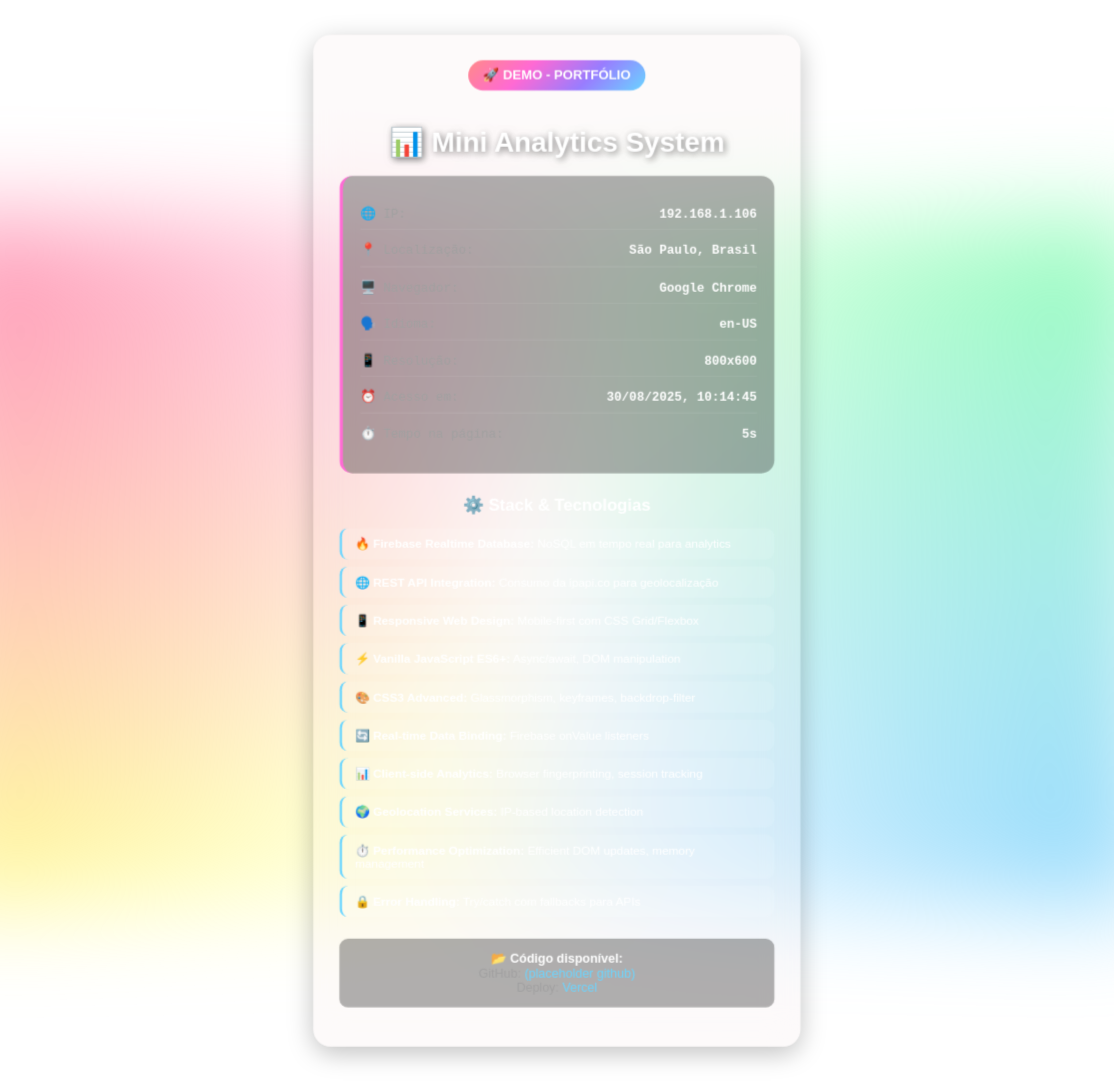
Repository: nardogod/mini-analytics
Page: mini.html
These files come from the project's save history. The page is drawn as it stood at one moment and after the next save; the edit follows.
The browser window is 1280 px wide. The pictures show the whole page, at 87% of full size.

Above is the page before, as saved 2025-08-30 10:43:45.

After the next save:
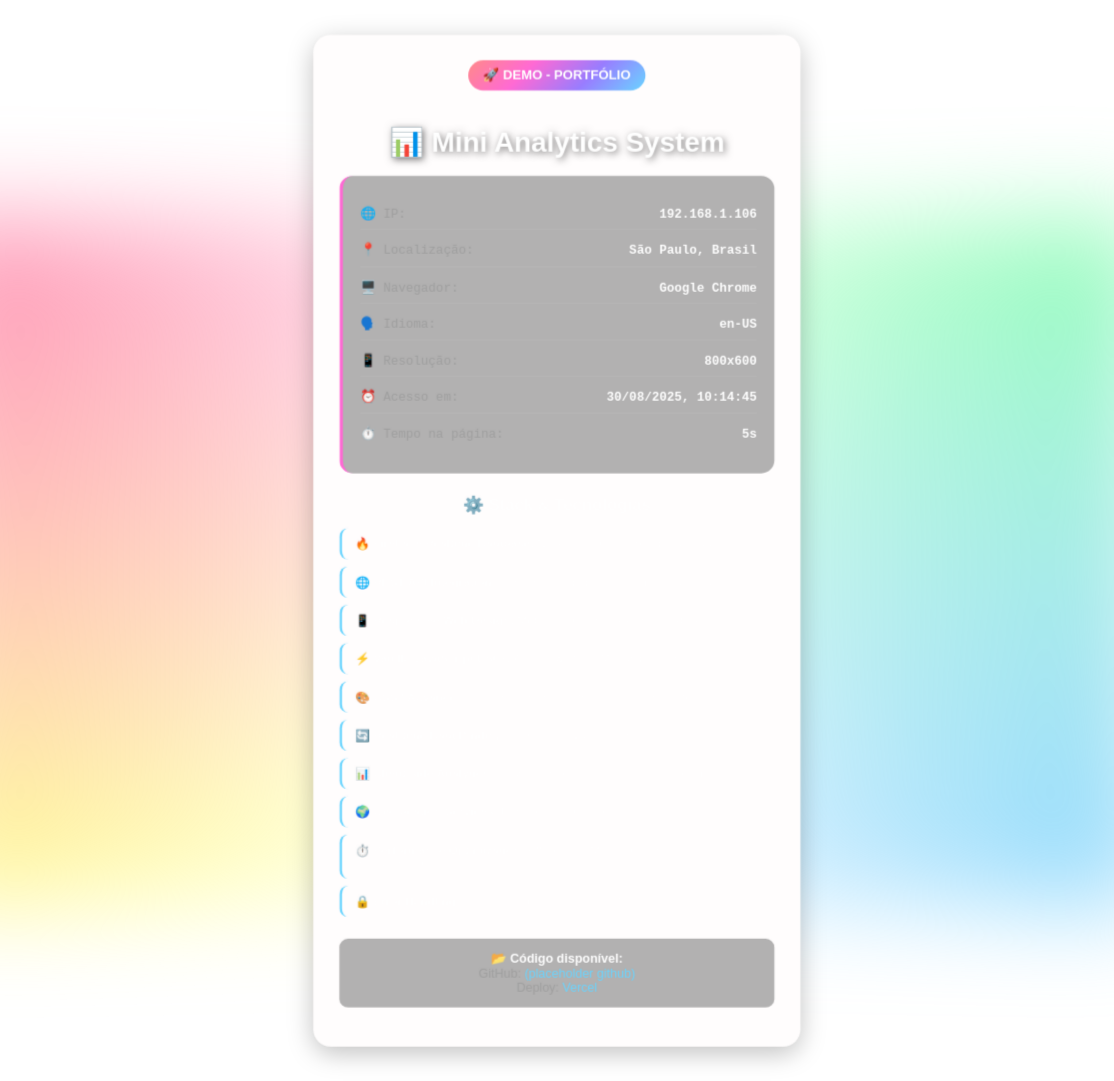
Saved 8 s later.
--- a/mini.html
+++ b/mini.html
@@ -61,7 +61,7 @@
       }
 
       .container {
-        background: rgba(240, 222, 222, 0.15);
+        background: rgb(255, 253, 253);
         border-radius: 20px;
         padding: 30px;
         width: 90%;

After the save that followed:
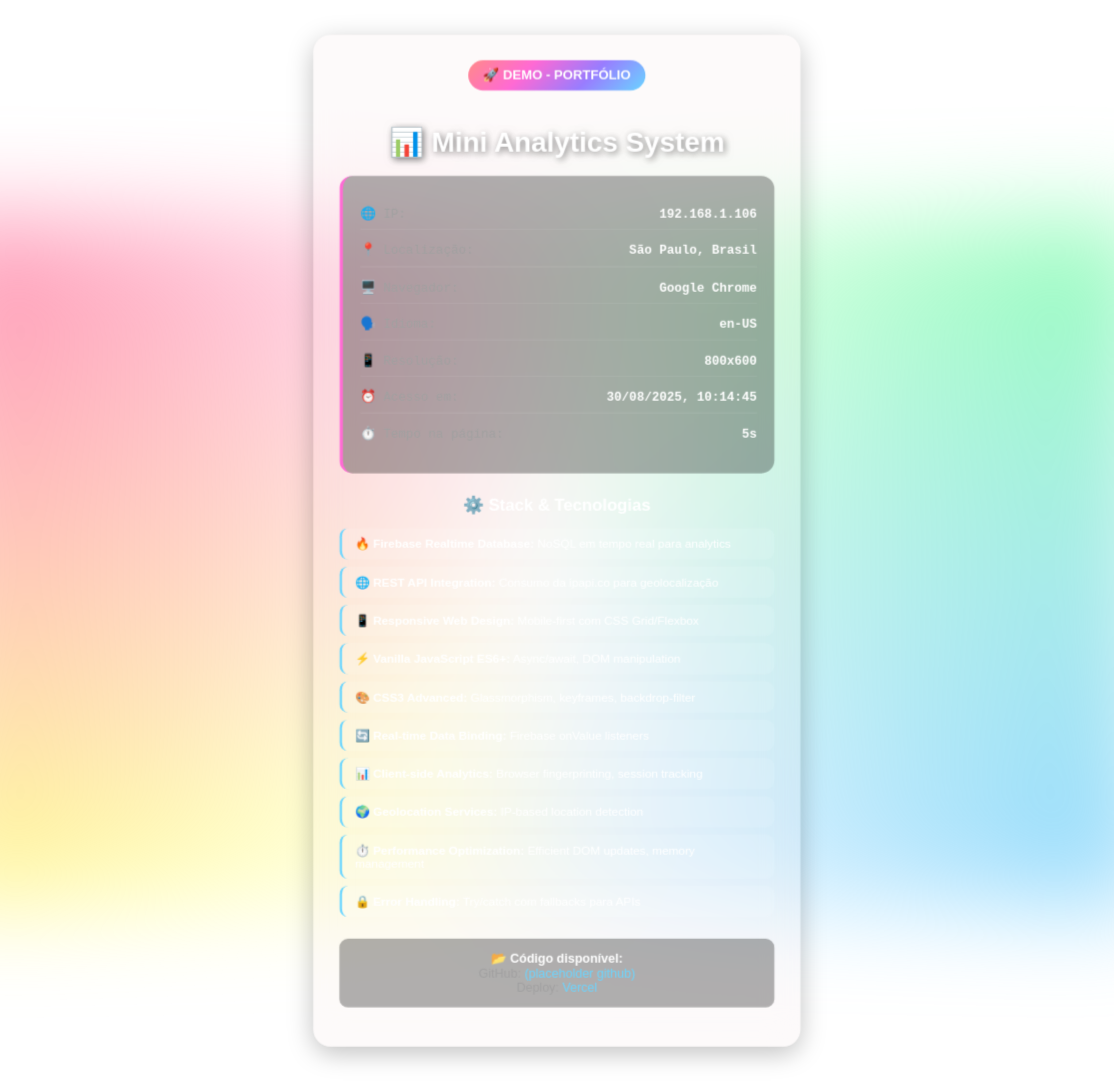
Saved 8 s later.
--- a/mini.html
+++ b/mini.html
@@ -61,7 +61,7 @@
       }
 
       .container {
-        background: rgb(255, 253, 253);
+        background: rgba(240, 222, 222, 0.15);
         border-radius: 20px;
         padding: 30px;
         width: 90%;
